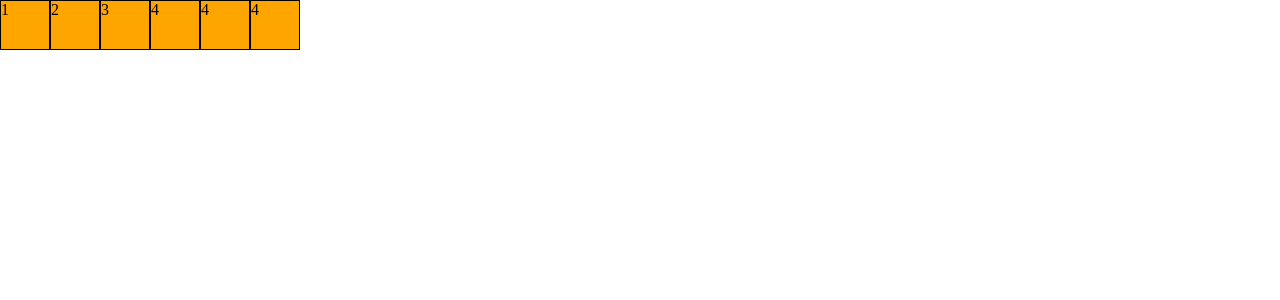
Repository: wisdomphamdev/flex-box
Page: index.html
These files come from the project's save history. The page is drawn as it stood at one moment and after a run of saves; the edit follows.
The browser window is 1280 px wide. The pictures show the whole page.

Above is the page before, as saved 2024-06-10 21:25:22.

After the next 3 saves:
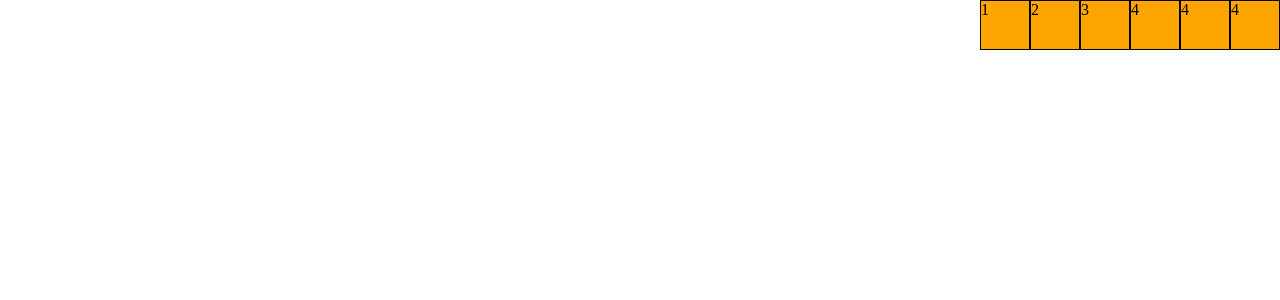
The 3 saves are shown as one change because they came seconds apart.
The last was saved 13 s later.
--- a/style.css
+++ b/style.css
@@ -21,7 +21,7 @@
   /* flex-wrap:wrap ; */
   /* flex-wrap: wrap-reverse; */
   /* justify-content:center; */
-  /* justify-content:flex-end ; */
+  justify-content:flex-end ;
   /* justify-content:flex-start ; */
   /* justify-content:space-between ; */
   /* justify-content:space-around ; */

After the save that followed:
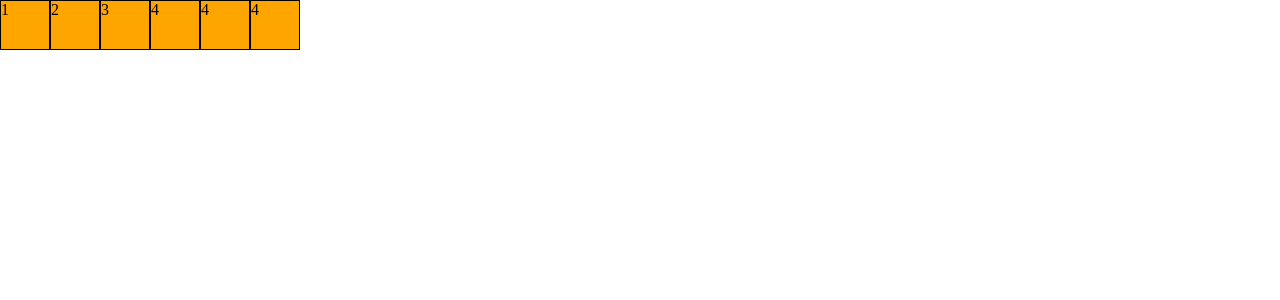
Saved 7 s later.
--- a/style.css
+++ b/style.css
@@ -21,7 +21,7 @@
   /* flex-wrap:wrap ; */
   /* flex-wrap: wrap-reverse; */
   /* justify-content:center; */
-  justify-content:flex-end ;
+  /* justify-content:flex-end ; */
   /* justify-content:flex-start ; */
   /* justify-content:space-between ; */
   /* justify-content:space-around ; */
